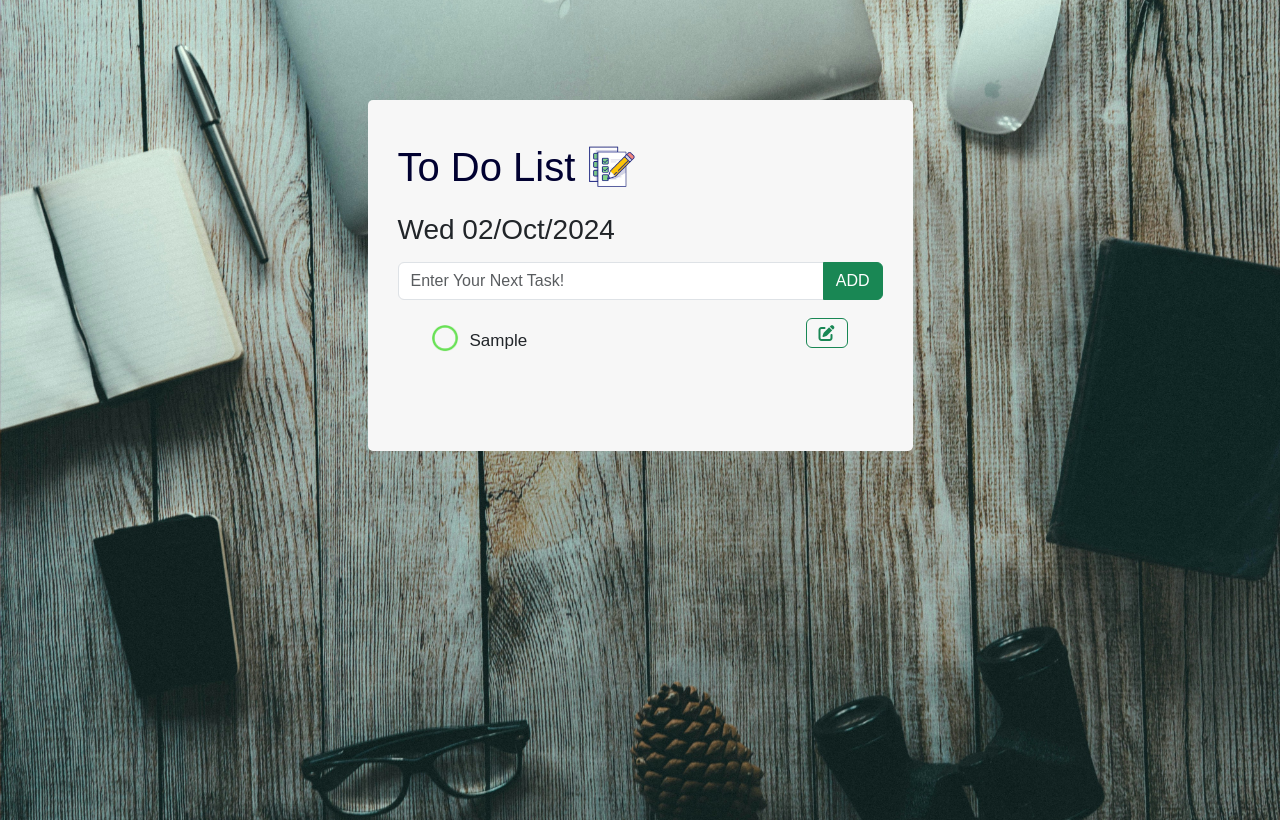
Repository: zeinawady/To_Do_List
Page: index.html
The author's editor kept a copy of each file at every save. The page is drawn from the files as they stood at one save, then again after a run of saves.
The browser window is 1280 px wide. The pictures show the whole page.
Empty fields were first filled with sample values (such as "Sample", 5 or name@example.com).
After loading, the first visible `button.btn` was clicked once.
Some web libraries are served in a nearby version.

Above is the page before, as saved 2024-10-02 02:41:56.

### index.html
<!DOCTYPE html>
<html lang="en">

<head>
    <meta charset="UTF-8">
    <meta name="viewport" content="width=device-width, initial-scale=1.0">
    <title>To Do list</title>
    <link href="https://cdn.jsdelivr.net/npm/bootstrap@5.3.3/dist/css/bootstrap.min.css" rel="stylesheet" integrity="sha384-QWTKZyjpPEjISv5WaRU9OFeRpok6YctnYmDr5pNlyT2bRjXh0JMhjY6hW+ALEwIH" crossorigin="anonymous">
    <link rel="stylesheet" href="https://cdnjs.cloudflare.com/ajax/libs/font-awesome/6.6.0/css/all.min.css" integrity="sha512-Kc323vGBEqzTmouAECnVceyQqyqdsSiqLQISBL29aUW4U/M7pSPA/gEUZQqv1cwx4OnYxTxve5UMg5GT6L4JJg==" crossorigin="anonymous" referrerpolicy="no-referrer" />
    <link rel="stylesheet" href="css/style.css">
</head>

<body>

    <div class="container">
        <div class="todo-app">
            <h1>To Do List <img src="images/todolistpng.png" alt="to-do-list" class="logo"></h1>
           <h3 id="date"></h3>
            <div class="input-group mb-3">
                <input type="text"  class="form-control" id="input-box" placeholder="Enter Your Next Task!" aria-label="Enter Your Next Task!" aria-describedby="button">
                <button class="btn btn-success" onclick="addTask()">ADD</button>

            </div>
            <ul id="list-container">
                <!-- <li class="checked">Task 0</li>
                <li>Task 1</li> -->
            </ul>
        </div>


    </div>
    <script src="https://cdn.jsdelivr.net/npm/bootstrap@5.3.3/dist/js/bootstrap.bundle.min.js" integrity="sha384-YvpcrYf0tY3lHB60NNkmXc5s9fDVZLESaAA55NDzOxhy9GkcIdslK1eN7N6jIeHz" crossorigin="anonymous"></script>
    <script src="script.js"></script>
</body>

</html>

### css/style.css
* {
    margin: 0;
    padding: 0;
    box-sizing: border-box;
    font-family: Arial, Helvetica, sans-serif;
}

:root {
    --font-color: rgb(1, 1, 49);
}

li {
    list-style: none;
}
body{
    background-image: url(../images/background3.jpg);
    background-position: center;
    background-size: cover;
    background-repeat: no-repeat;
    height: 100vh;
}


.todo-app {

    max-width: 545px;
    background-color: rgb(247, 247, 247);
    margin: 100px auto;
    padding: 40px 30px 70px;
    border-radius: 5px;
    transition: 0.5s;
}

.todo-app:hover {
    box-shadow: 4px 5px rgb(114, 114, 114);

}

.todo-app h1 {
    color: var(--font-color);
    display: flex;
    align-items: center;
    margin-bottom: 20px;

}
#date{
    margin-bottom: 15px;
}

.logo {
    width: 53px;
    margin-left: 10px;
}

.form {
    background-color: #efe2e2;
    border-radius: 10px;
}


ul li {
    position: relative;
    font-size: 17px;
    padding: 12px 2px 12px 40px;
    user-select: none;
    cursor: pointer;
}

ul li::before {
    content: '';
    position: absolute;
    height: 28px;
    width: 28px;
    border-radius: 50%;
    background-image: url(../images/unchecked.png);
    background-size: cover;
    background-position: center;
    left: 1px;
    top: 8px;
}

ul li.checked {
    color: #555;
    text-decoration: line-through;

}

ul li.checked::before {
    color: #666;
    background-image: url(../images/checked.png);
}

ul li span {
    position: absolute;
    right: 0;
    top: 5px;
    width: 30px;
    height: 30px;
    font-size: 22px;
    color: #555;
    line-height: 30px;
    text-align: center;
    border-radius: 50%;
    /* border: solid; */
    transition: 0.2s;
}

ul li span:hover {
    background-color: #e8e6e6;
}
ul li button{
    position: absolute;
    right: 35px;
    top: 2px;

}

### script.js
let listContainer = document.getElementById("list-container");
let inputBox = document.getElementById("input-box");
let currentDate = document.getElementById("date");
function addTask() {
    if (inputBox.value === '') {
        alert("No Task Added!");
    }
    else {
        let li = document.createElement("li");
        li.innerHTML = inputBox.value;
        listContainer.appendChild(li);
        let xSign = document.createElement("span");
        // xSign.innerHTML = '\u00d7';  // x sign code
        li.appendChild(xSign);

        let editBtn = document.createElement("button");
        editBtn.classList.add('btn', 'btn-outline-success', 'fas', 'fa-edit');
        li.appendChild(editBtn);
    }
    inputBox.value = "";  //so that input text become empty again
    saveTask();

}

inputBox.addEventListener("keydown", function (e) {
    if (e.key === "Enter") {
        e.preventDefault();
        addTask();
    }
});

listContainer.addEventListener("click", function (e) {
    //e is the event object contains info about event & target element that was clicked.
    if (e.target.tagName === "LI") {
        e.target.classList.toggle("checked");
        saveTask();
    }
    else if (e.target.tagName === "SPAN") {
        e.target.parentElement.remove();
        saveTask();

    }
    else if (e.target.tagName === "BUTTON") {
        let li = e.target.parentElement;
        let currentTask = li.firstChild.textContent;
        let newTask = prompt("Edit Your Task: ", currentTask);
        if (newTask !== null && newTask.trim() !== "") {
            li.firstChild.textContent = newTask;
            saveTask();
        }
    }
})

function saveTask() {
    localStorage.setItem("Task", listContainer.innerHTML);
}
function showTask() {
    listContainer.innerHTML = localStorage.getItem("Task");
}
showTask();

function displayDate() {
    let date = new Date();
    date = date.toString().split(" ");
    currentDate.innerHTML = date[0] + " " + date[2] + '/' + date[1] + '/' + date[3];
    console.log();
}
window.onload = displayDate();

After the next 5 saves:
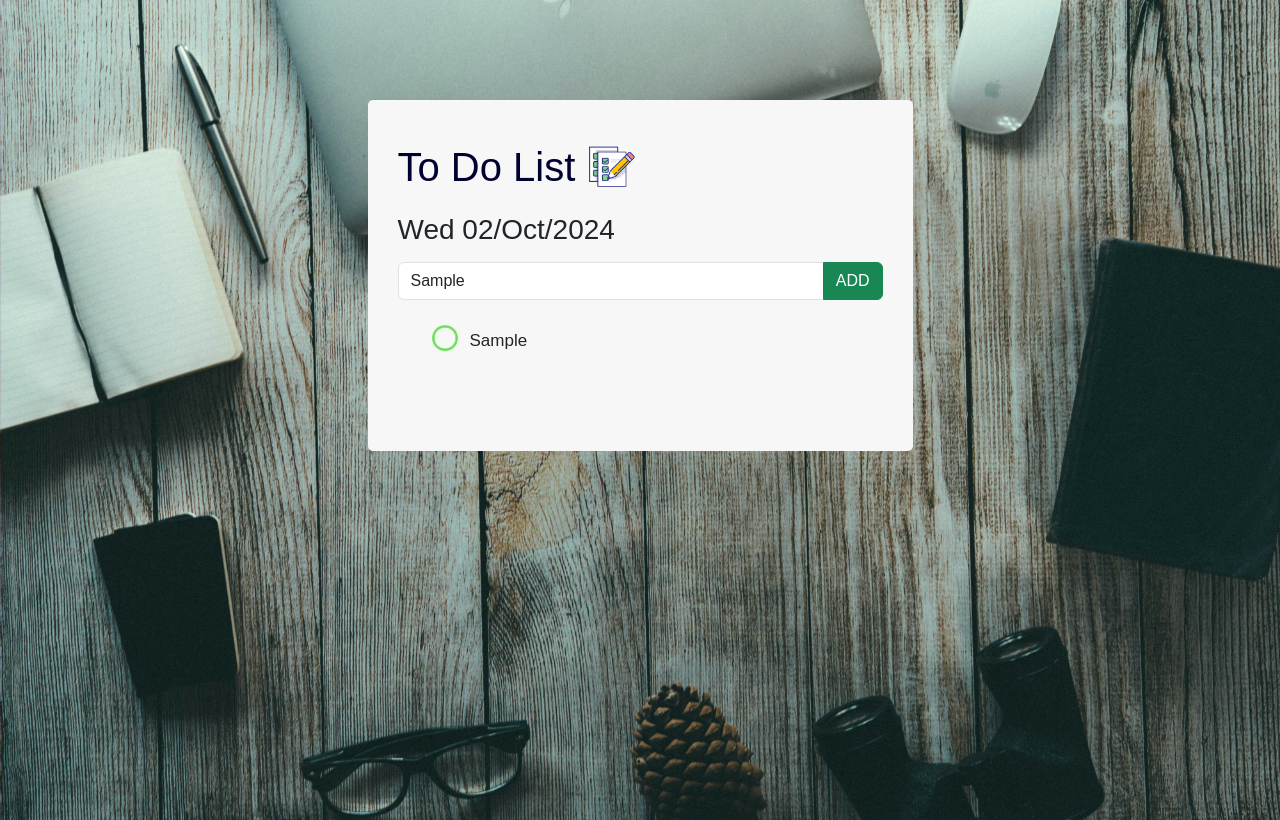
Console error (its wording comes from the project's code and is left out).
The 5 saves are shown as one change because they came seconds apart.
The last was saved 15 s later.
--- a/script.js
+++ b/script.js
@@ -11,6 +11,7 @@
         listContainer.appendChild(li);
         let xSign = document.createElement("span");
         // xSign.innerHTML = '\u00d7';  // x sign code
+        xSign.classList.add('','')
         li.appendChild(xSign);
 
         let editBtn = document.createElement("button");

After the 6 saves that followed:
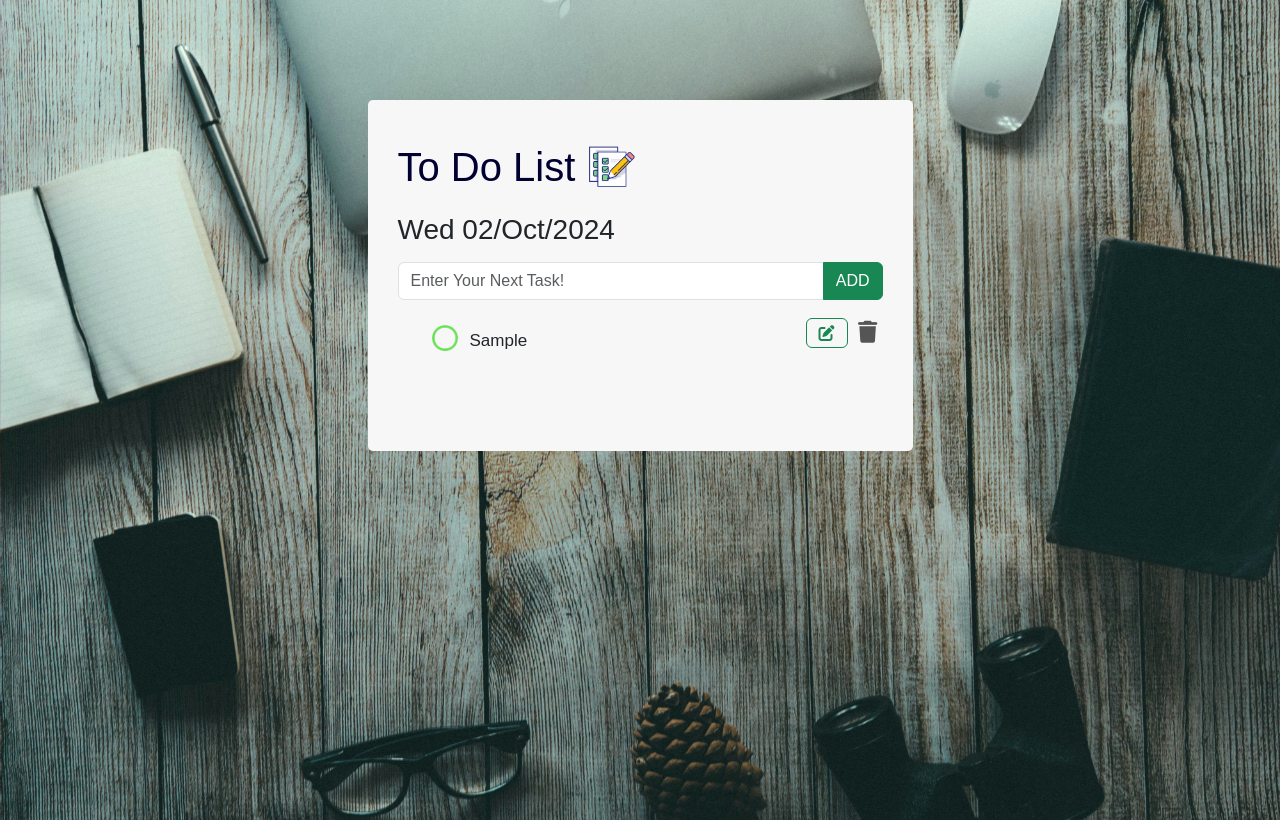
The error is gone.
The 6 saves are shown as one change because 1 left the picture as it was and some came seconds apart.
The last was saved 27 s later.
--- a/script.js
+++ b/script.js
@@ -11,7 +11,7 @@
         listContainer.appendChild(li);
         let xSign = document.createElement("span");
         // xSign.innerHTML = '\u00d7';  // x sign code
-        xSign.classList.add('','')
+        xSign.classList.add('fa-solid','fa-trash')
         li.appendChild(xSign);
 
         let editBtn = document.createElement("button");
